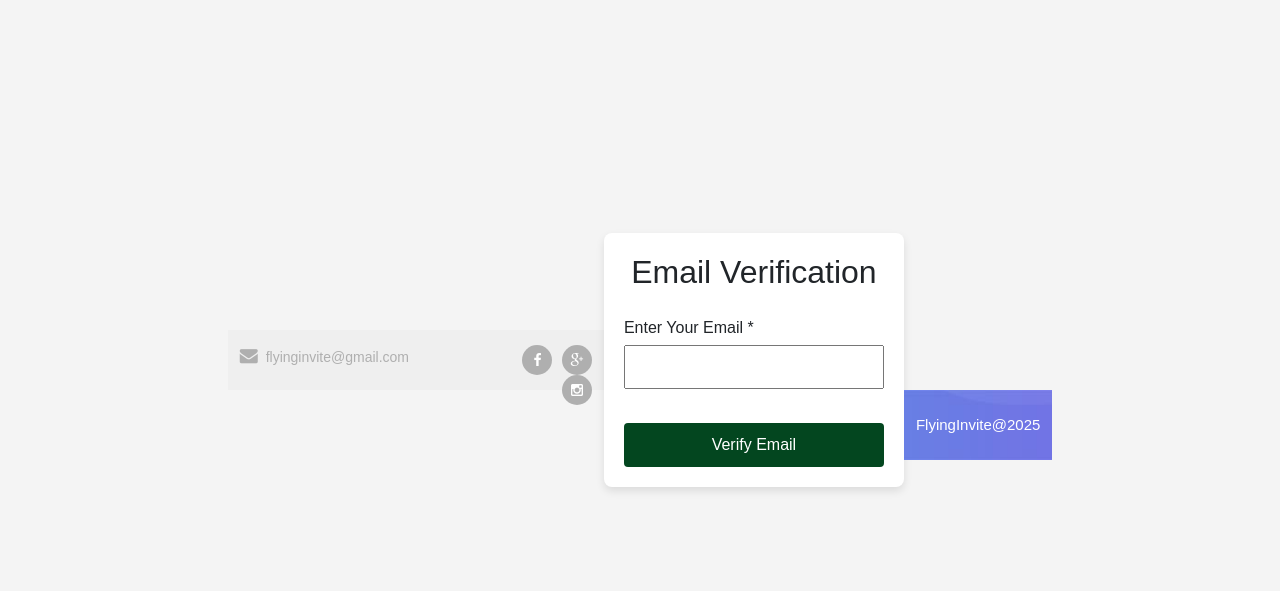
Repository: viraj7551/Flying-Invite-Project
Page: http://localhost/FlyingInvite/verifyEmail.jsp
An editor plug-in stored every save of this project. The page is shown before and after the next save, followed by the edit.
The browser window is 1280 px wide. The pictures show the whole page.
The page is served by Tomcat 9.

Above is the page before, as saved 2025-04-20 09:09:39.

After the next save:
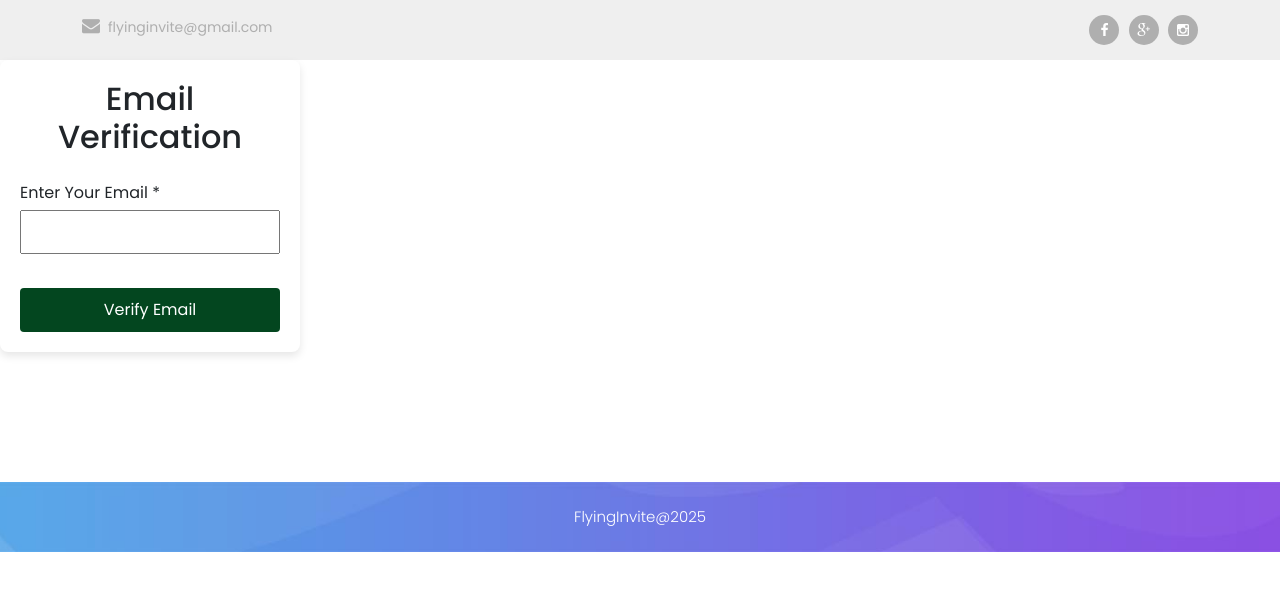
Saved 24 s later.
--- a/FlyingInvite/WebContent/assets/css/style02.css
+++ b/FlyingInvite/WebContent/assets/css/style02.css
@@ -1,15 +1,7 @@
 @charset "ISO-8859-1";
 
     /* styles.css */
-body {
-    font-family: Arial, sans-serif;
-    display: flex;
-    justify-content: center;
-    align-items: center;
-    height: 100vh;
-    margin: 0;
-    background-color: #f4f4f4;
-}
+
 
 #form-container {
     background-color: white;

After the save that followed:
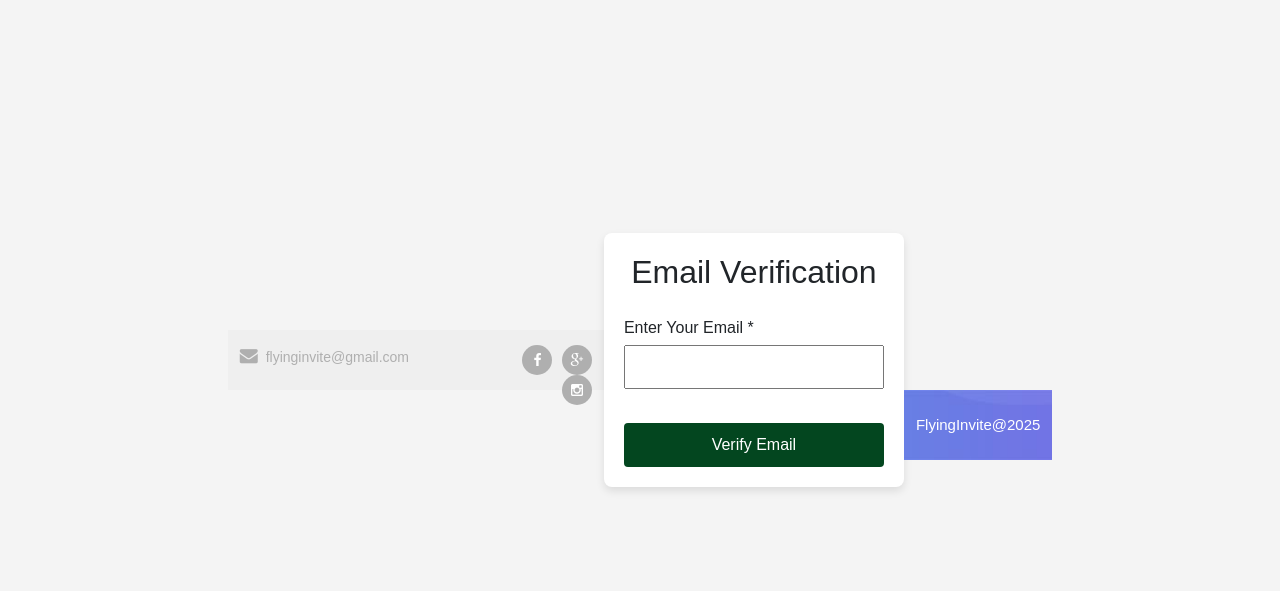
Saved 25 s later.
--- a/FlyingInvite/WebContent/assets/css/style02.css
+++ b/FlyingInvite/WebContent/assets/css/style02.css
@@ -1,7 +1,15 @@
 @charset "ISO-8859-1";
 
     /* styles.css */
-
+body {
+    font-family: Arial, sans-serif;
+    display: flex;
+    justify-content: center;
+    align-items: center;
+    height: 100vh;
+    margin: 0;
+    background-color: #f4f4f4;
+}
 
 #form-container {
     background-color: white;
